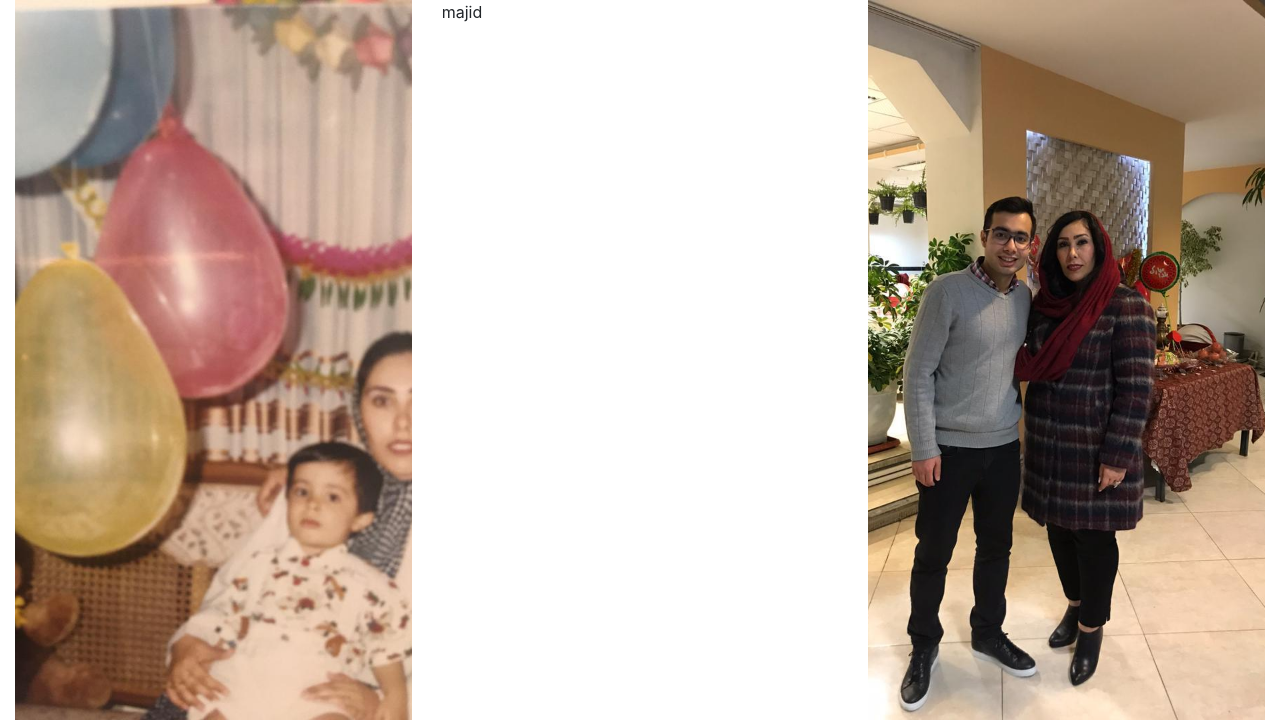
Repository: mirfarzam/mirfarzam.github.io
Page: khalelila/index.html
An editor plug-in stored every save of this project. The page is shown before and after the next save, followed by the edit.
The browser window is 1280 px wide. The pictures show the whole page.

Above is the page before, as saved 2020-04-30 21:13:36.

### khalelila/index.html
<html>
<head>
<title>تولد خاله لیلا</title>
<link href="https://stackpath.bootstrapcdn.com/bootstrap/4.4.1/css/bootstrap.min.css" rel="stylesheet" integrity="sha384-Vkoo8x4CGsO3+Hhxv8T/Q5PaXtkKtu6ug5TOeNV6gBiFeWPGFN9MuhOf23Q9Ifjh" crossorigin="anonymous">
<script
  src="https://code.jquery.com/jquery-3.5.0.min.js"
  integrity="sha256-xNzN2a4ltkB44Mc/Jz3pT4iU1cmeR0FkXs4pru/JxaQ="
  crossorigin="anonymous"></script>
<script src="https://stackpath.bootstrapcdn.com/bootstrap/4.4.1/js/bootstrap.min.js" integrity="sha384-wfSDF2E50Y2D1uUdj0O3uMBJnjuUD4Ih7YwaYd1iqfktj0Uod8GCExl3Og8ifwB6" crossorigin="anonymous"></script>
<script src="https://stackpath.bootstrapcdn.com/bootstrap/4.4.1/js/bootstrap.bundle.min.js" integrity="sha384-6khuMg9gaYr5AxOqhkVIODVIvm9ynTT5J4V1cfthmT+emCG6yVmEZsRHdxlotUnm" crossorigin="anonymous"></script>

<style>
.maincontrainer{
    width:100vw;
    height:100vh
}
.maincontrainer .row, .maincontrainer .row .col-sm-4{
    height: inherit;
    width: inherit;
}
.maincontrainer .row .col-sm-4 {
    position:relative;
}
.maincontrainer .row .col-sm-4 img{
    width:100%;
    height:100%;
    position:relative;
    top:0;
    left:0;
    object-fit:cover;
    object-position: -100px;
}

</style>
</head>
<body>
<section class="container-fluid maincontrainer">
    <div class="row">
        <div class="col-sm-4"><img src="old.jpeg"></div>
        <div class="col-sm-4">majid</div>
        <div class="col-sm-4"><img src="new.jpeg"></div>
    </div>
</section>
</body>
</html>

After the next save:
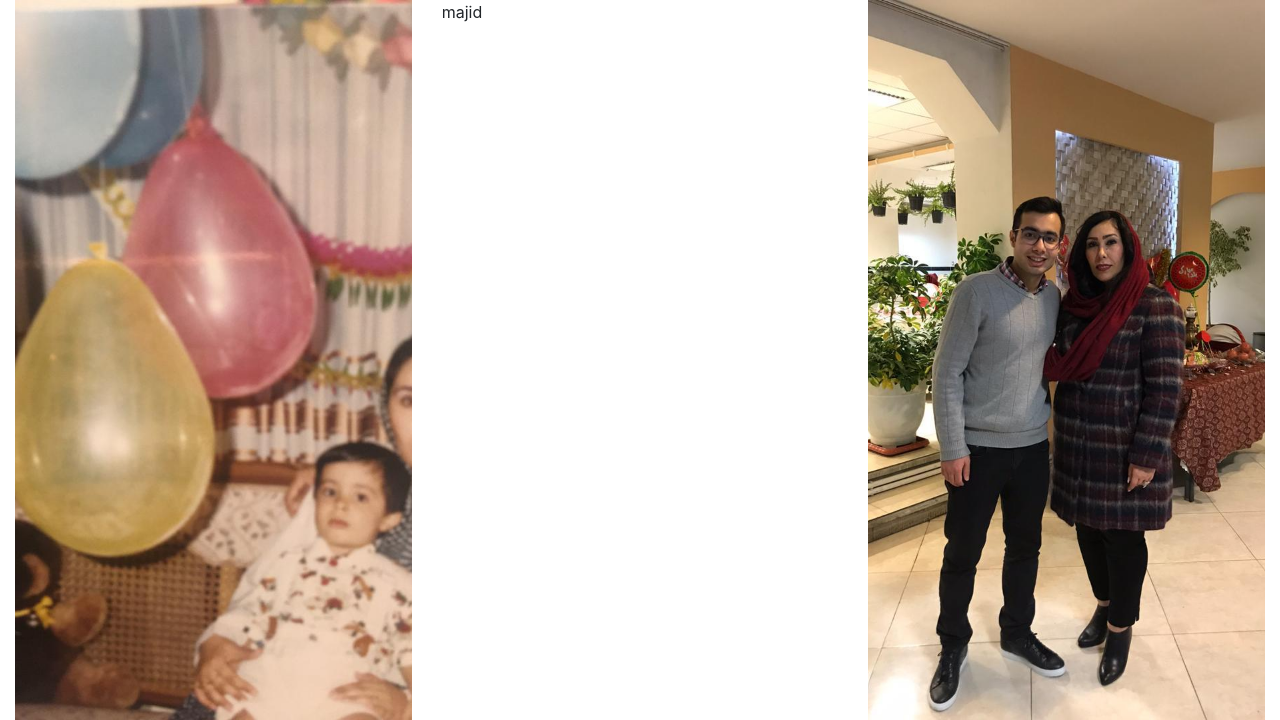
Saved 8 s later.
--- a/khalelila/index.html
+++ b/khalelila/index.html
@@ -27,8 +27,7 @@
     position:relative;
     top:0;
     left:0;
-    object-fit:cover;
-    object-position: -100px;
+    object-fit:cover
 }
 
 </style>
